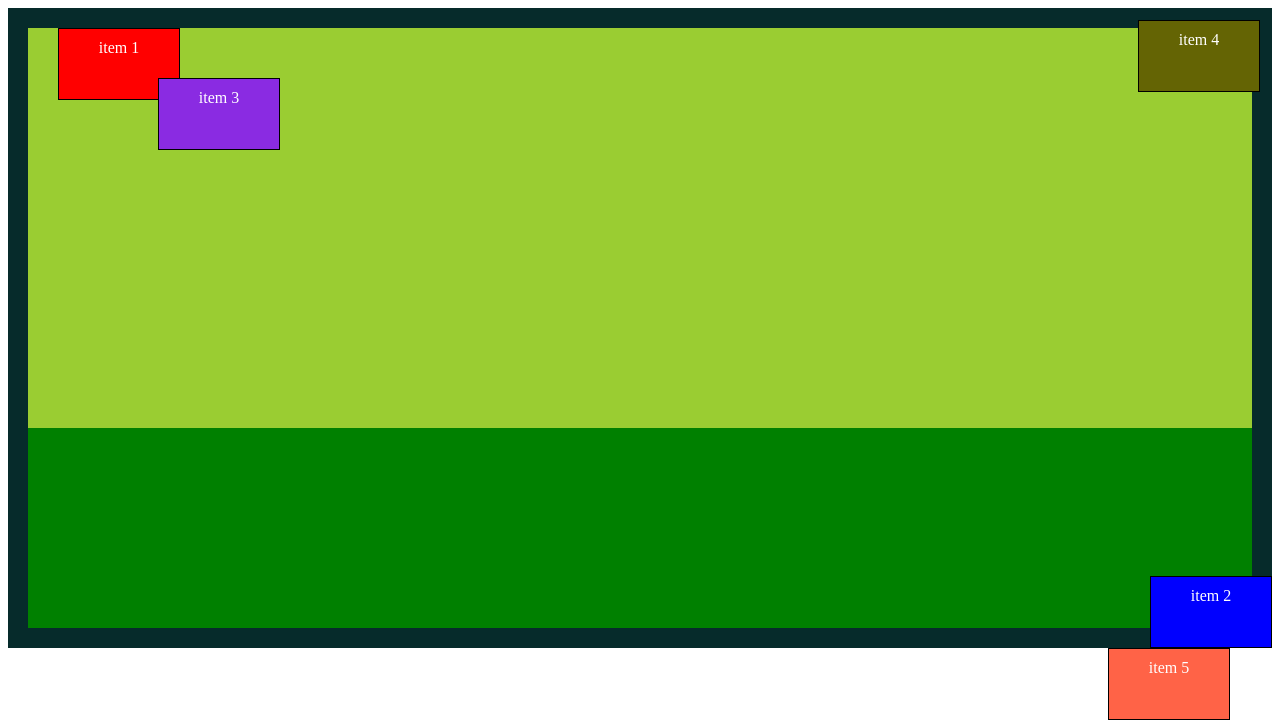
Repository: nmaury/TpsCambodge
Page: InternetProgramming/Css/sample.html
An editor plug-in stored every save of this project. The page is shown before and after the next save, followed by the edit.
The browser window is 1280 px wide. The pictures show the whole page.

Above is the page before, as saved 2022-12-06 03:01:44.

After the next save:
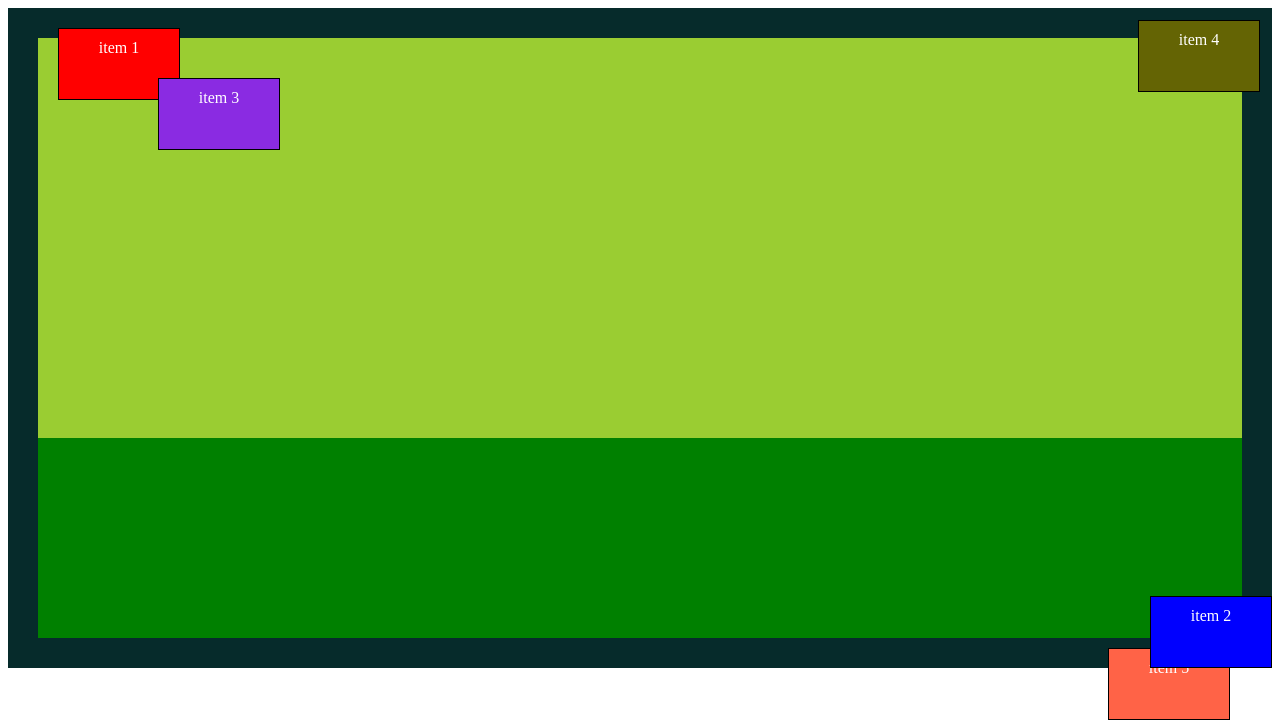
Saved 83 s later.
--- a/InternetProgramming/Css/sample.css
+++ b/InternetProgramming/Css/sample.css
@@ -47,6 +47,6 @@
 }
 .grand-parent{
     background-color: rgb(6,43,43);
-    padding: 20px;
+    padding: 30px;
     position: relative;
 }
